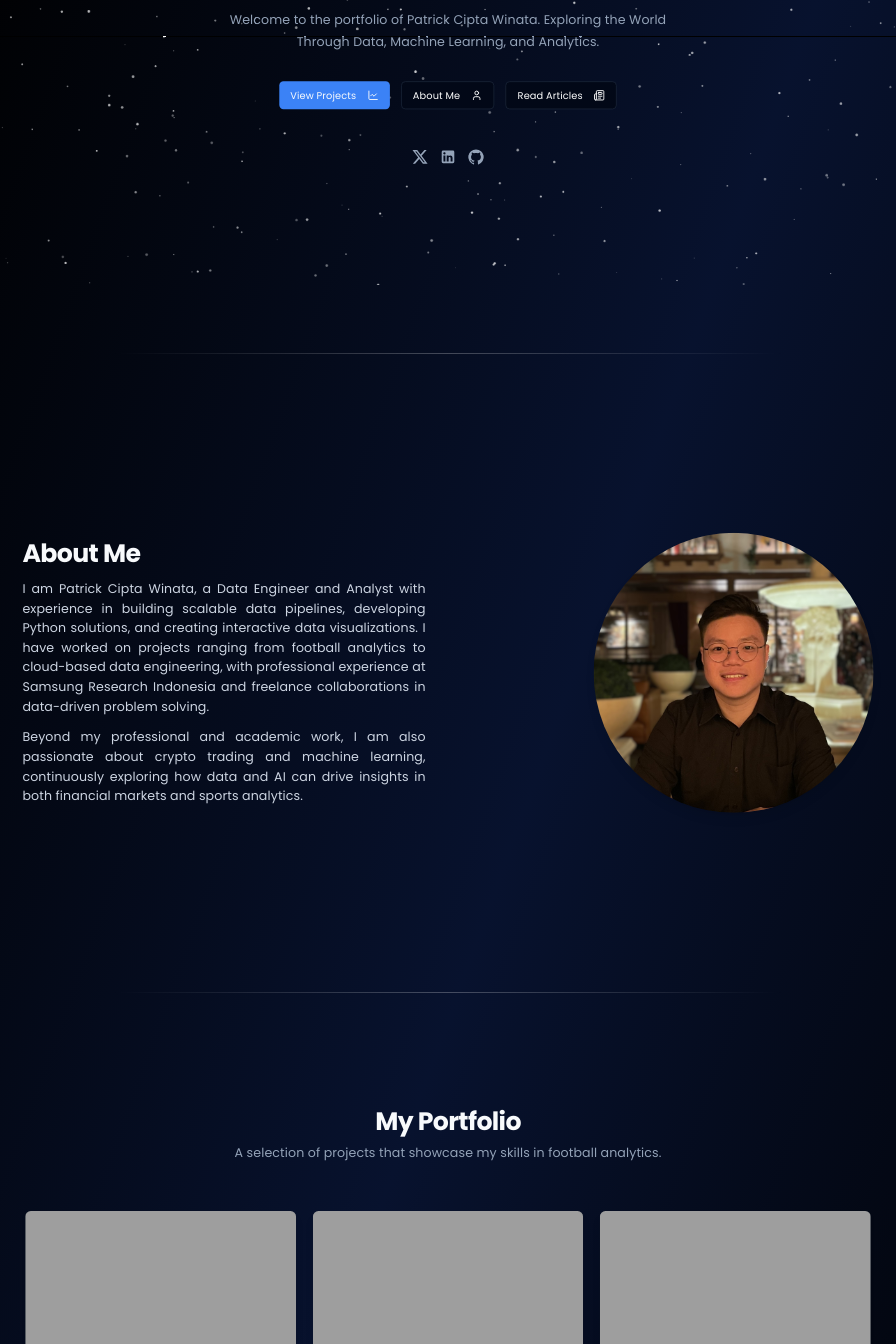
Repository: patrick-cw/my-portfolio
Page: /
An editor plug-in stored every save of this project. The page is shown before and after the next save, followed by the edit.
The browser window is 1280 px wide. The pictures show the part of the page from y = 313 to 2233 px (the page is 3545 px tall), at 70% of full size.
Pictures or frames that could not be fetched are drawn as grey boxes. The project was rebuilt for these pictures with package versions that can differ from the ones it lists, and the page was loaded fresh each time. The framework's server and built-in components were replaced by stand-ins that run in the browser. Also part of the build but not shown: next.config.ts.

Above is the page before, as saved 2025-08-31 01:31:02.

### src/app/layout.tsx
import type {Metadata} from 'next';
import './globals.css';
import { Toaster } from "@/components/ui/toaster";
import { cn } from '@/lib/utils';
import Particles from '@/components/particles';
import Header from '@/components/header';
import Footer from '@/components/footer';
import ThemeRegistry from '@/components/ThemeRegistry';

export const metadata: Metadata = {
  title: "Patrick's Portfolio",
  description: 'A portfolio showcasing football analytics projects, articles, and more.',
};

export default function RootLayout({
  children,
}: Readonly<{
  children: React.ReactNode;
}>) {
  return (
    <html lang="en" className="dark" style={{scrollBehavior: 'smooth'}}>
      <head>
        <link rel="preconnect" href="https://fonts.googleapis.com" />
        <link rel="preconnect" href="https://fonts.gstatic.com" crossOrigin="anonymous" />
        <link href="https://fonts.googleapis.com/css2?family=Poppins:wght@400;600;700&display=swap" rel="stylesheet" />
      </head>
      <body className={cn("min-h-screen font-body antialiased bg-background")}>
        <ThemeRegistry>
          <div className="relative z-0 flex min-h-screen flex-col bg-gradient-to-br from-black via-blue-900/20 to-black">
            <Particles />
            <Header />
            <main className="flex-1">{children}</main>
            <Footer />
          </div>
          <Toaster />
        </ThemeRegistry>
      </body>
    </html>
  );
}

### src/app/page.tsx
import { Button } from "@/components/ui/button";
import { User, LineChart, Newspaper, ArrowDown } from "lucide-react";
import LinkedInIcon from '@mui/icons-material/LinkedIn';
import XIcon from '@mui/icons-material/X';
import GitHubIcon from '@mui/icons-material/GitHub';
import Image from "next/image";
import Link from "next/link";
import { Carousel, CarouselContent, CarouselItem, CarouselNext, CarouselPrevious } from "@/components/ui/carousel";

function FadingSeparator() {
  return (
    <div className="relative my-24 h-px w-full bg-transparent">
      <div className="absolute left-1/2 top-0 h-px w-3/4 -translate-x-1/2 bg-gradient-to-r from-transparent via-white opacity-25 to-transparent" />
    </div>
  )
}

// About Section Component
function AboutSection() {
  return (
    <section id="about" className="relative min-h-screen flex flex-col justify-center">
      <div className="container">
      <div className="grid grid-cols-1 items-center gap-y-16 lg:grid-cols-2 lg:gap-x-8">
          <div>
            <div className="max-w-xl">
              <h2 className="text-3xl font-bold tracking-tight text-foreground sm:text-4xl font-headline">About Me</h2>
              <p style={{color: "hsl(215deg 26.4% 84.39%)"}} className="mt-4 text-lg text-muted-foreground text-justify">
                I am Patrick Cipta Winata, a Data Engineer and Analyst with experience in building scalable data pipelines, developing Python solutions, and creating interactive data visualizations. I have worked on projects ranging from football analytics to cloud-based data engineering, with professional experience at Samsung Research Indonesia and freelance collaborations in data-driven problem solving.
              </p>
              <p style={{color: "hsl(215deg 26.4% 84.39%)"}} className="mt-4 text-lg text-muted-foreground text-justify">
                Beyond my professional and academic work, I am also passionate about crypto trading and machine learning, continuously exploring how data and AI can drive insights in both financial markets and sports analytics.
              </p>
            </div>
          </div>
          <div className="flex justify-center lg:justify-end">
            <Image
              src="/images/face.JPG"
              alt="Patrick Cipta Winata"
              width={400}
              height={400}
              className="rounded-full object-cover shadow-lg"
              data-ai-hint="portrait man"
            />
          </div>
        </div>
      </div>
    </section>
  );
}

// Portfolio Section Component
function PortfolioSection() {
  const projects = [
    {
      title: "xG-Based Performance Analysis",
      description: "A deep dive into Expected Goals (xG) metrics to evaluate striker efficiency across Europe's top 5 leagues.",
      image: "https://picsum.photos/600/400?random=1",
      tags: ["Data Analysis", "Python", "Tableau"],
      link: "/portfolio/xg-based-performance-analysis",
      imageHint: "soccer chart"
    },
    {
      title: "Defensive Actions Mapping",
      description: "Visualizing defensive actions (tackles, interceptions) to identify team pressing styles and defensive solidity.",
      image: "https://picsum.photos/600/400?random=2",
      tags: ["Data-Viz", "R", "Statistics"],
      link: "/portfolio/defensive-actions-mapping",
      imageHint: "soccer field"
    },
    {
      title: "Passing Network Analysis",
      description: "Analyzing passing networks to understand team shape, key player connections, and ball progression patterns.",
      image: "https://picsum.photos/600/400?random=3",
      tags: ["Network Analysis", "Gephi", "Tableau"],
      link: "/portfolio/passing-network-analysis",
      imageHint: "soccer tactics"
    },
    {
      title: "Player Recruitment Model",
      description: "A data-driven model to identify undervalued players based on performance metrics and market values.",
      image: "https://picsum.photos/600/400?random=4",
      tags: ["Machine Learning", "Python", "Scouting"],
      link: "/portfolio/player-recruitment-model",
      imageHint: "soccer player celebrating"
    },
    {
      title: "Interactive Shot Map Dashboard",
      description: "A web-based dashboard allowing users to explore shot data from various competitions interactively.",
      image: "https://picsum.photos/600/400?random=5",
      tags: ["Web Dev", "React", "D3.js"],
      link: "/portfolio/interactive-shot-map-dashboard",
      imageHint: "soccer dashboard"
    },
    {
      title: "Tactical Formations Analysis",
      description: "A comprehensive study of the 4-3-3 vs 4-4-2 formations, showcasing strengths and weaknesses with data visualization.",
      image: "https://picsum.photos/600/400?random=6",
      tags: ["Tactics", "Data-Viz", "Analysis"],
      link: "/portfolio/tactical-formations-analysis",
      imageHint: "soccer strategy board"
    }
  ];

  return (
    <section id="portfolio" className="relative min-h-screen flex flex-col justify-center">
        <div className="container">
          <div className="mx-auto max-w-3xl text-center">
            <h2 className="text-3xl font-bold tracking-tight text-foreground sm:text-4xl font-headline">My Portfolio</h2>
            <p className="mt-2 text-lg leading-8 text-muted-foreground">
              A selection of projects that showcase my skills in football analytics.
            </p>
          </div>
          <div className="mt-16">
            <Carousel
              opts={{
                align: "start",
                loop: false,
              }}
              className="w-full"
            >
              <CarouselContent>
                {projects.map((project) => (
                  <CarouselItem key={project.title} className="md:basis-1/2 lg:basis-1/3">
                    <div className="p-1 h-full">
                       <div className="group flex flex-col h-full overflow-hidden rounded-lg bg-card-highlight shadow-lg transition-all duration-300 hover:shadow-primary/20 hover:-translate-y-2">
                          <Link href={project.link} className="block shrink-0">
                            <Image
                              className="h-48 w-full object-cover"
                              src={project.image}
                              alt={project.title}
                              width={600}
                              height={400}
                              data-ai-hint={project.imageHint}
                            />
                          </Link>
                          <div className="flex flex-1 flex-col justify-between p-6">
                            <div className="flex-1">
                              <Link href={project.link} className="mt-2 block">
                                <p className="text-xl font-semibold text-foreground group-hover:text-primary transition-colors font-headline">{project.title}</p>
                                <p className="mt-3 text-base text-muted-foreground">{project.description}</p>
                              </Link>
                            </div>
                            <div className="mt-6 flex items-center">
                              <div className="flex space-x-1 text-sm text-muted-foreground">
                                {project.tags.map((tag) => (
                                  <span key={tag} className="inline-flex items-center rounded-full bg-secondary px-3 py-1 text-xs font-medium text-secondary-foreground">
                                    {tag}
                                  </span>
                                ))}
                              </div>
                            </div>
                          </div>
                        </div>
                    </div>
                  </CarouselItem>
                ))}
              </CarouselContent>
              <CarouselPrevious className="ml-12 h-10 w-10" />
              <CarouselNext className="mr-12 h-10 w-10"/>
            </Carousel>
          </div>
        </div>
    </section>
  );
}
// Articles Section Component
function ArticlesSection() {
  const articles = [
      {
        title: "The Evolution of the Modern Full-back",
        date: "July 15, 2024",
        excerpt: "From defensive stalwarts to attacking linchpins, we trace the tactical evolution of the full-back role in the modern game.",
        link: "/articles/evolution-of-the-modern-full-back",
      },
      {
        title: "Set-Piece Analytics: The Hidden Goldmine",
        date: "June 28, 2024",
        excerpt: "An in-depth look at how top-tier teams are using data analytics to gain a significant edge from corners and free-kicks.",
        link: "/articles/set-piece-analytics",
      },
      {
        title: "The Rise of Positional Play",
        date: "May 12, 2024",
        excerpt: "How philosophies popularised by Guardiola and Cruyff have come to dominate European football tactics.",
        link: "/articles/rise-of-positional-play",
      },
      {
        title: "Valuing Defensive Actions",
        date: "April 22, 2024",
        excerpt: "A new model for quantifying the impact of tackles, interceptions, and pressures beyond simple event counting.",
        link: "/articles/valuing-defensive-actions",
      },
      {
        title: "The Impact of High Pressing",
        date: "August 05, 2024",
        excerpt: "Exploring the data behind high-pressing strategies and their correlation with winning major trophies in modern football.",
        link: "/articles/impact-of-high-pressing",
      },
    ];

  return (
      <section id="articles" className="relative min-h-screen flex flex-col justify-center">
          <div className="container">
            <div className="mx-auto max-w-3xl text-center">
              <h2 className="text-3xl font-bold tracking-tight text-foreground sm:text-4xl font-headline">Latest Articles</h2>
              <p className="mt-2 text-lg leading-8 text-muted-foreground">
                My thoughts and findings on the world of football analytics.
              </p>
            </div>
            <div className="mt-16">
               <Carousel
                  opts={{
                    align: "start",
                    loop: false,
                  }}
                  className="w-full max-w-4xl mx-auto"
                >
                <CarouselContent>
                  {articles.map((article) => (
                    <CarouselItem key={article.title} className="md:basis-1/2">
                      <div className="p-1 h-full">
                        <article className="group flex h-full max-w-xl flex-col items-start justify-between rounded-lg bg-card-highlight p-6 transition-all duration-300 hover:bg-card/90 hover:-translate-y-2">
                          <div className="flex items-center gap-x-4 text-xs">
                            <time dateTime={article.date} className="text-muted-foreground">
                              {article.date}
                            </time>
                          </div>
                          <div className="group relative">
                            <h3 className="mt-3 text-lg font-semibold leading-6 text-foreground group-hover:text-primary transition-colors font-headline">
                              <Link href={article.link}>
                                <span className="absolute inset-0" />
                                {article.title}
                              </Link>
                            </h3>
                            <p className="mt-5 line-clamp-3 text-sm leading-6 text-muted-foreground">{article.excerpt}</p>
                          </div>
                        </article>
                      </div>
                    </CarouselItem>
                  ))}
                </CarouselContent>
                 <CarouselPrevious className="-left-12 h-10 w-10" />
                 <CarouselNext className="-right-12 h-10 w-10" />
              </Carousel>
            </div>
          </div>
      </section>
  );
}

export default function Home() {
  return (
    <>
      {/* Hero Section */}
      <section className="container flex min-h-[calc(100vh-3.5rem)] flex-col items-center justify-center text-center">
        <div className="flex-grow flex flex-col items-center justify-center">
          <h1 className="font-headline text-4xl font-bold tracking-tight text-foreground sm:text-6xl md:text-7xl">
          Patrick's Portfolio
          </h1>
          <p className="mt-6 text-lg leading-8 text-muted-foreground max-w-2xl mx-auto">
          Welcome to the portfolio of Patrick Cipta Winata. Exploring the World Through Data, Machine Learning, and Analytics.
          </p>
          <div className="mt-10 flex flex-col items-center justify-center gap-y-6">
            <div className="flex items-center justify-center gap-x-4 flex-wrap gap-y-4">
              <Button asChild>
                <Link href="/#portfolio">
                  View Projects <LineChart className="ml-2 h-4 w-4" />
                </Link>
              </Button>
               <Button variant="outline" asChild>
                <Link href="/#about">
                  About Me <User className="ml-2 h-4 w-4" />
                </Link>
              </Button>
              <Button variant="outline" asChild>
                <Link href="/#articles">
                  Read Articles <Newspaper className="ml-2 h-4 w-4" />
                </Link>
              </Button>
            </div>
            <div className="flex items-center gap-4 mt-8">
              <Link href="https://twitter.com" target="_blank" rel="noopener noreferrer" aria-label="Twitter">
                <XIcon className="h-6 w-6 text-muted-foreground transition-colors hover:text-foreground" />
              </Link>
              <Link href="https://linkedin.com" target="_blank" rel="noopener noreferrer" aria-label="LinkedIn">
                <LinkedInIcon className="h-6 w-6 text-muted-foreground transition-colors hover:text-foreground" />
              </Link>
              <Link href="https://github.com" target="_blank" rel="noopener noreferrer" aria-label="GitHub">
                <GitHubIcon className="h-6 w-6 text-muted-foreground transition-colors hover:text-foreground" />
              </Link>
            </div>
          </div>
        </div>
        <div className="absolute bottom-4 left-1/2 -translate-x-1/2 animate-bounce">
          <a href="#about" aria-label="Scroll to about section">
            <ArrowDown className="h-6 w-6 text-muted-foreground" />
          </a>
        </div>
      </section>
      <FadingSeparator />
      <AboutSection />
      <FadingSeparator />
      <PortfolioSection />
      <FadingSeparator />
      <ArticlesSection />
    </>
  );
}

### src/components/ui/toaster.tsx
"use client"

import { useToast } from "@/hooks/use-toast"
import {
  Toast,
  ToastClose,
  ToastDescription,
  ToastProvider,
  ToastTitle,
  ToastViewport,
} from "@/components/ui/toast"

export function Toaster() {
  const { toasts } = useToast()

  return (
    <ToastProvider>
      {toasts.map(function ({ id, title, description, action, ...props }) {
        return (
          <Toast key={id} {...props}>
            <div className="grid gap-1">
              {title && <ToastTitle>{title}</ToastTitle>}
              {description && (
                <ToastDescription>{description}</ToastDescription>
              )}
            </div>
            {action}
            <ToastClose />
          </Toast>
        )
      })}
      <ToastViewport />
    </ToastProvider>
  )
}

### src/components/header.tsx
import Link from "next/link";
import { Footprints } from "lucide-react";

export default function Header() {
  return (
    <header className="sticky top-0 z-50 w-full border-b border-border/40 bg-background/95 backdrop-blur supports-[backdrop-filter]:bg-background/60">
      <div className="container flex h-14 max-w-screen-2xl items-center">
        <Link href="/" className="mr-6 flex items-center space-x-2">
          <Footprints className="h-6 w-6 text-primary" style={{filter: 'drop-shadow(0 0 4px hsl(var(--primary)))'}}/>
          <span className="font-bold sm:inline-block font-headline">Goal Analysis Hub</span>
        </Link>
        <nav className="flex items-center gap-4 text-sm lg:gap-6">
          <Link href="/#about" className="text-foreground/60 transition-colors hover:text-foreground/80">
            About
          </Link>
          <Link href="/#portfolio" className="text-foreground/60 transition-colors hover:text-foreground/80">
            Portfolio
          </Link>
          <Link href="/#articles" className="text-foreground/60 transition-colors hover:text-foreground/80">
            Articles
          </Link>
        </nav>
      </div>
    </header>
  );
}

### src/components/footer.tsx
export default function Footer() {
    return (
      <footer className="border-t border-border/40 py-6 md:py-8">
        <div className="container flex flex-col items-center justify-between gap-4 md:flex-row">
          <p className="text-sm text-muted-foreground">
            © {new Date().getFullYear()} Patrick Cipta Winata. All rights reserved.
          </p>
        </div>
      </footer>
    );
  }

### src/components/ThemeRegistry.tsx
'use client';
import createCache from '@emotion/cache';
import { useServerInsertedHTML } from 'next/navigation';
import { CacheProvider } from '@emotion/react';
import { ThemeProvider } from '@mui/material/styles';
import CssBaseline from '@mui/material/CssBaseline';
import { createTheme } from '@mui/material/styles';
import React from 'react';

const theme = createTheme({
  palette: {
    mode: 'dark',
  },
});

// This implementation is from emotion-js
// https://github.com/emotion-js/emotion/issues/2928#issuecomment-1319747902
export default function ThemeRegistry(props: { children: React.ReactNode }) {
  const { children } = props;

  const [{ cache, flush }] = React.useState(() => {
    const cache = createCache({ key: 'mui-style' });
    cache.compat = true;
    const prevInsert = cache.insert;
    let inserted: string[] = [];
    cache.insert = (...args) => {
      const serialized = args[1];
      if (cache.inserted[serialized.name] === undefined) {
        inserted.push(serialized.name);
      }
      return prevInsert(...args);
    };
    const flush = () => {
      const prevInserted = inserted;
      inserted = [];
      return prevInserted;
    };
    return { cache, flush };
  });

  useServerInsertedHTML(() => {
    const names = flush();
    if (names.length === 0) {
      return null;
    }
    let styles = '';
    for (const name of names) {
      styles += cache.inserted[name];
    }
    return (
      <style
        key={cache.key}
        data-emotion={`${cache.key} ${names.join(' ')}`}
        dangerouslySetInnerHTML={{
          __html: styles,
        }}
      />
    );
  });

  return (
    <CacheProvider value={cache}>
      <ThemeProvider theme={theme}>
        <CssBaseline />
        {children}
      </ThemeProvider>
    </CacheProvider>
  );
}

### src/components/ui/button.tsx
import * as React from "react"
import { Slot } from "@radix-ui/react-slot"
import { cva, type VariantProps } from "class-variance-authority"

import { cn } from "@/lib/utils"

const buttonVariants = cva(
  "inline-flex items-center justify-center gap-2 whitespace-nowrap rounded-md text-sm font-medium ring-offset-background transition-colors focus-visible:outline-none focus-visible:ring-2 focus-visible:ring-ring focus-visible:ring-offset-2 disabled:pointer-events-none disabled:opacity-50 [&_svg]:pointer-events-none [&_svg]:size-4 [&_svg]:shrink-0",
  {
    variants: {
      variant: {
        default: "bg-primary text-primary-foreground hover:bg-primary/90",
        destructive:
          "bg-destructive text-destructive-foreground hover:bg-destructive/90",
        outline:
          "border border-input bg-background hover:bg-accent hover:text-accent-foreground",
        secondary:
          "bg-secondary text-secondary-foreground hover:bg-secondary/80",
        ghost: "hover:bg-accent hover:text-accent-foreground",
        link: "text-primary underline-offset-4 hover:underline",
      },
      size: {
        default: "h-10 px-4 py-2",
        sm: "h-9 rounded-md px-3",
        lg: "h-11 rounded-md px-8",
        icon: "h-10 w-10",
      },
    },
    defaultVariants: {
      variant: "default",
      size: "default",
    },
  }
)

export interface ButtonProps
  extends React.ButtonHTMLAttributes<HTMLButtonElement>,
    VariantProps<typeof buttonVariants> {
  asChild?: boolean
}

const Button = React.forwardRef<HTMLButtonElement, ButtonProps>(
  ({ className, variant, size, asChild = false, ...props }, ref) => {
    const Comp = asChild ? Slot : "button"
    return (
      <Comp
        className={cn(buttonVariants({ variant, size, className }))}
        ref={ref}
        {...props}
      />
    )
  }
)
Button.displayName = "Button"

export { Button, buttonVariants }

Loaded but not shown: src/lib/utils.ts (common file); src/hooks/use-toast.ts (common file); src/components/ui/carousel.tsx (262 lines, source omitted); src/components/ui/toast.tsx (129 lines, source omitted); src/components/particles.tsx (147 lines, source omitted); tailwind.config.ts (107 lines, source omitted); src/app/globals.css (86 lines, source omitted)

After the next save:
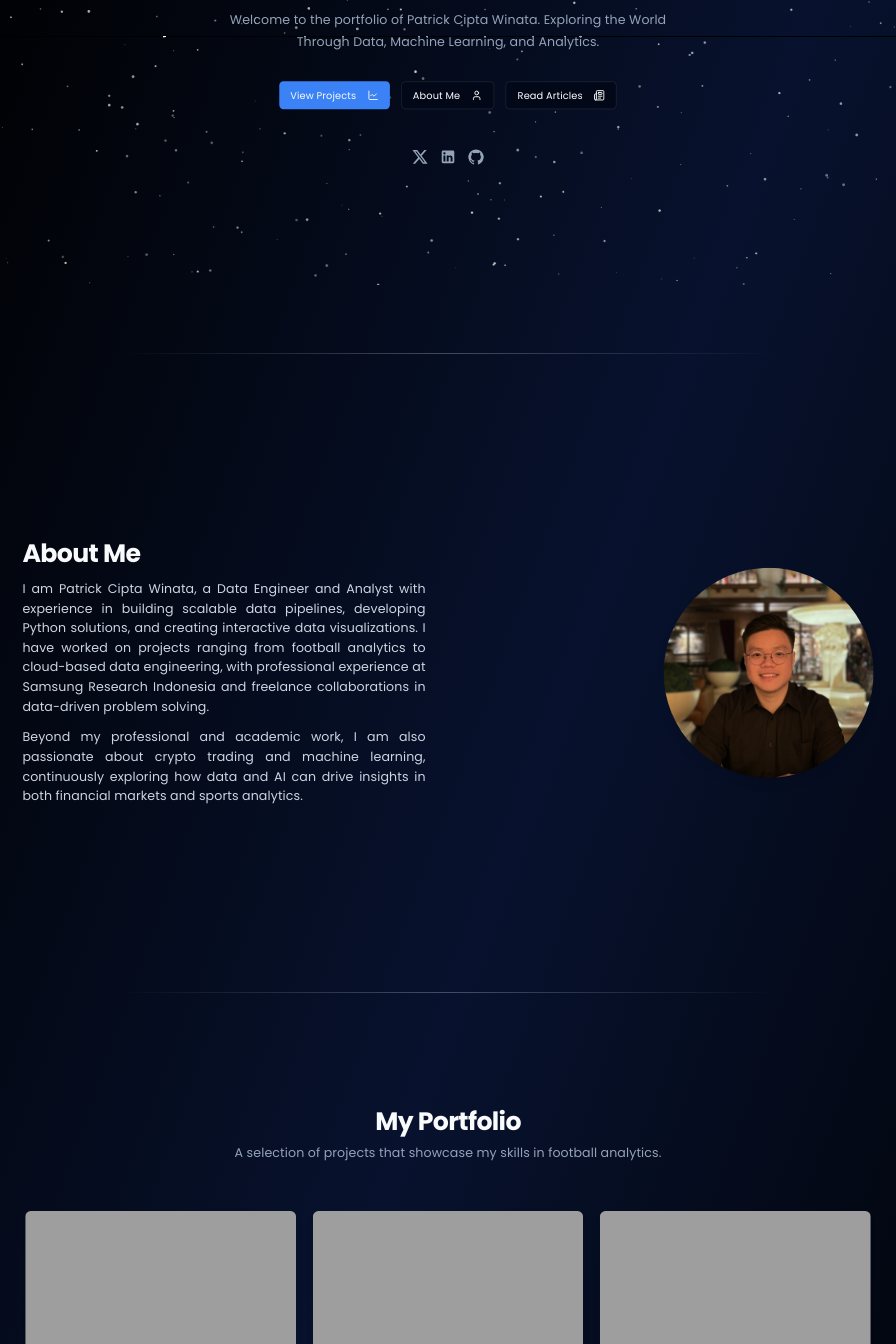
Saved 21 s later.
--- a/src/app/page.tsx
+++ b/src/app/page.tsx
@@ -36,8 +36,8 @@ function AboutSection() {
             <Image
               src="/images/face.JPG"
               alt="Patrick Cipta Winata"
-              width={400}
-              height={400}
+              width={300}
+              height={300}
               className="rounded-full object-cover shadow-lg"
               data-ai-hint="portrait man"
             />
